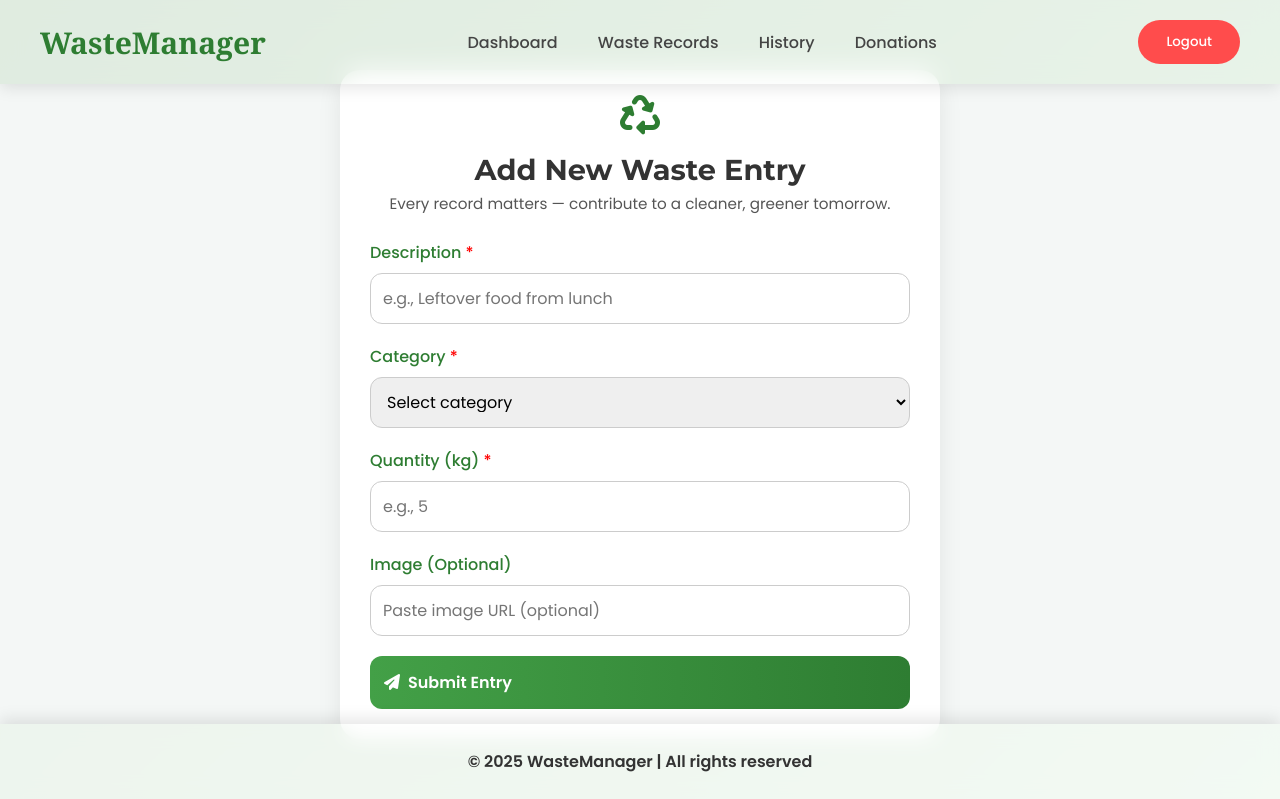
Repository: mahekagrawal25/restaurant-waste-management
Page: frontend/addwaste.html
The author's editor kept a copy of each file at every save. The page is drawn from the files as they stood at one save, then again after the next save.
The browser window is 1280 px wide. The pictures show the whole page.

Above is the page before, as saved 2025-04-06 21:56:59.

### frontend/addwaste.html
<!DOCTYPE html>
<html lang="en">
<head>
  <meta charset="UTF-8" />
  <meta name="viewport" content="width=device-width, initial-scale=1.0"/>
  <title>Add Waste - WasteManager</title>
  <link rel="stylesheet" href="style.css" />
  <script src="script.js" defer></script>
  <link rel="stylesheet" href="https://cdnjs.cloudflare.com/ajax/libs/font-awesome/6.4.0/css/all.min.css" />
  <link href="https://fonts.googleapis.com/css2?family=Poppins:wght@400;500;600&family=Montserrat:wght@700&display=swap" rel="stylesheet">
</head>
<body>

<!-- ✅ Navigation Bar -->
<header class="navbar">
  <div class="nav-container">
    <div class="logo">WasteManager</div>
    <nav>
      <a href="dashboard.html">Dashboard</a>
      <a href="waste-records.html" class="active">Waste Records</a>
      <a href="history.html">History</a>
      <a href="donations.html">Donations</a>
    </nav>
    <button id="logoutBtn" class="btn-logout">Logout</button>
  </div>
</header>

<!-- ✅ Page Wrapper -->
<div class="page-wrapper">

  <!-- ✅ Unified Card -->
  <div class="waste-card">

    <div class="card-header">
      <i class="fas fa-recycle"></i>
      <h1>Add New Waste Entry</h1>
      <p>Every record matters — contribute to a cleaner, greener tomorrow.</p>
    </div>

    <form id="addWasteForm" class="waste-form">

      <div class="form-group">
        <label for="description">Description <span>*</span></label>
        <input type="text" id="description" name="description" required placeholder="e.g., Leftover food from lunch" />
      </div>

      <div class="form-group">
        <label for="category">Category <span>*</span></label>
        <select id="category" name="category" required>
          <option value="">Select category</option>
          <option value="Plastic">Plastic</option>
          <option value="Food">Food</option>
          <option value="Cardboard">Cardboard</option>
          <option value="Glass">Glass</option>
          <option value="Other">Other</option>
        </select>
      </div>

      <div class="form-group">
        <label for="quantity">Quantity (kg) <span>*</span></label>
        <input type="number" id="quantity" name="quantity" min="1" required placeholder="e.g., 5" />
      </div>

      <div class="form-group">
        <label for="image_url">Image (Optional)</label>
        <input type="url" id="image_url" name="image_url" placeholder="Paste image URL (optional)" />
      </div>

      <button type="submit" class="btn-submit">
        <i class="fas fa-paper-plane"></i> Submit Entry
      </button>
    </form>
  </div>
</div>

<!-- ✅ Footer -->
<footer class="footer">
  <p>&copy; 2025 WasteManager | All rights reserved</p>
</footer>

</body>
</html>

### frontend/style.css
/* ✅ General Styles */
* {
  margin: 0;
  padding: 0;
  box-sizing: border-box;
  font-family: 'Poppins', sans-serif;
}

body {
  background: linear-gradient(135deg, #2e7d32, #81c784);
  color: #333;
  min-height: 100vh;
  display: flex;
  flex-direction: column;
}

/* ✅ Navigation Bar */
.navbar {
  background: rgba(255, 255, 255, 0.85);
  backdrop-filter: blur(12px);
  box-shadow: 0 4px 15px rgba(0, 0, 0, 0.1);
  padding: 20px 40px;
  position: sticky;
  top: 0;
  z-index: 1000;
}

.nav-container {
  display: flex;
  justify-content: space-between;
  align-items: center;
  max-width: 1300px;
  margin: 0 auto;
}

.navbar .logo {
  font-size: 30px;
  font-weight: bold;
  color: #2e7d32;
  font-family: 'Georgia', serif;
}

nav a {
  margin: 0 18px;
  text-decoration: none;
  color: #444;
  font-weight: 500;
  transition: color 0.3s, transform 0.3s;
}

nav a:hover {
  color: #2e7d32;
  transform: scale(1.1);
}

.btn-logout {
  background: #ff4c4c;
  color: #fff;
  border: none;
  padding: 12px 28px;
  border-radius: 30px;
  cursor: pointer;
  font-weight: 500;
  transition: background 0.3s, transform 0.3s;
}

.btn-logout:hover {
  background: #e03c3c;
  transform: scale(1.05);
}

/* ✅ Main Content */
.container {
  width: 90%;
  max-width: 1300px;
  margin: 50px auto;
  flex: 1;
}

/* ✅ Welcome Section */
.welcome-section {
  text-align: center;
  margin-bottom: 70px;
}

.welcome-section h1 {
  font-size: 48px;
  color: #fff;
  margin-bottom: 12px;
  font-weight: 700;
  font-family: 'Cambria', serif;
}

.welcome-section p {
  font-size: 20px;
  color: #f0f0f0;
  opacity: 0.9;
}

/* ✅ Quick Actions Grid */
.actions-grid {
  display: grid;
  grid-template-columns: repeat(auto-fit, minmax(280px, 1fr));
  gap: 35px;
  margin-bottom: 70px;
}

.action-card {
  background: rgba(255, 255, 255, 0.85);
  backdrop-filter: blur(12px);
  border-radius: 20px;
  box-shadow: 0 10px 25px rgba(0, 0, 0, 0.1);
  padding: 35px;
  text-align: center;
  transition: transform 0.4s, box-shadow 0.4s;
  cursor: pointer;
}

.action-card:hover {
  transform: translateY(-12px);
  box-shadow: 0 14px 30px rgba(0, 0, 0, 0.2);
}

.action-card i {
  font-size: 52px;
  color: #2e7d32;
  margin-bottom: 25px;
}

.action-card h3 {
  font-size: 26px;
  color: #333;
  margin-bottom: 12px;
  font-weight: 700;
}

.action-card p {
  font-size: 18px;
  color: #555;
  opacity: 0.85;
}

/* ✅ Recent Activities */
.recent-activities {
  background: rgba(255, 255, 255, 0.9);
  padding: 35px;
  border-radius: 20px;
  box-shadow: 0 10px 25px rgba(0, 0, 0, 0.1);
}

.recent-activities h2 {
  font-size: 30px;
  margin-bottom: 25px;
  font-weight: 700;
  color: #333;
}

.activities-container {
  max-height: 350px;
  overflow-y: auto;
  padding: 15px;
}

.activities-container p {
  font-size: 18px;
  color: #555;
  opacity: 0.9;
}

/* ✅ Footer */
.footer {
  background: rgba(255, 255, 255, 0.9);
  backdrop-filter: blur(10px);
  color: #333;
  text-align: center;
  padding: 25px;
  box-shadow: 0 -5px 15px rgba(0, 0, 0, 0.1);
  font-weight: 600;
  font-size: 16px;
}





/* Activities Table Styles */
.activities-table-container {
  overflow-x: auto;
  margin-top: 1rem;
  background: white;
  border-radius: 8px;
  box-shadow: 0 2px 10px rgba(0,0,0,0.1);
  padding: 1rem;
}

#activitiesTable {
  width: 100%;
  border-collapse: collapse;
}

#activitiesTable th, #activitiesTable td {
  padding: 12px 15px;
  text-align: left;
  border-bottom: 1px solid #e0e0e0;
}

#activitiesTable th {
  background-color: #f5f5f5;
  font-weight: 600;
}

#activitiesTable tr:hover {
  background-color: #f9f9f9;
}

.btn-view-all {
  display: block;
  margin: 1rem auto 0;
  padding: 8px 16px;
  background: #4CAF50;
  color: white;
  border: none;
  border-radius: 4px;
  cursor: pointer;
}

.btn-view-all:hover {
  background: #45a049;
}




/* Activities Table Styles */
.activities-table-container {
  overflow-x: auto;
  margin-top: 1rem;
  background: white;
  border-radius: 8px;
  box-shadow: 0 2px 10px rgba(0,0,0,0.1);
  padding: 1rem;
}

#activitiesTable {
  width: 100%;
  border-collapse: collapse;
  font-size: 0.9rem;
}

#activitiesTable th {
  background-color: #f8f9fa;
  padding: 12px 15px;
  text-align: left;
  font-weight: 600;
}

#activitiesTable td {
  padding: 10px 15px;
  border-bottom: 1px solid #e9ecef;
}

.loading, .error {
  text-align: center;
  padding: 20px;
}

.loading {
  color: #6c757d;
}

.error {
  color: #dc3545;
}













.page-header {
  text-align: center;
  margin-top: 40px;
}

.page-header h1 {
  font-family: 'Montserrat', sans-serif;
  font-size: 2rem;
  color: #2e7d32;
}

.page-header p {
  font-size: 1rem;
  color: #555;
  margin-top: 8px;
}

.form-section {
  max-width: 600px;
  margin: 30px auto;
  background: #f9fff9;
  padding: 30px;
  border-radius: 16px;
  box-shadow: 0 6px 18px rgba(0, 0, 0, 0.06);
}

.waste-form .form-group {
  margin-bottom: 20px;
}

.waste-form label {
  display: block;
  font-weight: 500;
  margin-bottom: 8px;
}

.waste-form label span {
  color: red;
}

.waste-form input,
.waste-form select {
  width: 100%;
  padding: 12px 14px;
  font-size: 1rem;
  border: 1px solid #ccc;
  border-radius: 12px;
  outline: none;
  transition: border 0.3s ease;
}

.waste-form input:focus,
.waste-form select:focus {
  border-color: #4caf50;
}

.btn-submit {
  background-color: #4caf50;
  color: #fff;
  padding: 12px 20px;
  border: none;
  border-radius: 12px;
  cursor: pointer;
  font-weight: 600;
  font-size: 1rem;
  transition: background-color 0.3s ease;
  display: flex;
  align-items: center;
  gap: 8px;
}

.btn-submit:hover {
  background-color: #388e3c;
}




/* Hero Section */
.hero-header {
  background: linear-gradient(to right, #43a047, #2e7d32);
  color: white;
  padding: 60px 20px 40px;
  text-align: center;
  border-bottom-left-radius: 40px;
  border-bottom-right-radius: 40px;
  box-shadow: 0 8px 20px rgba(0, 0, 0, 0.1);
}

.hero-content i {
  font-size: 3rem;
  margin-bottom: 10px;
  animation: bounce 1s ease-in-out infinite alternate;
}

.hero-content h1 {
  font-family: 'Montserrat', sans-serif;
  font-size: 2.5rem;
  margin: 0;
}

.hero-content p {
  font-size: 1.1rem;
  margin-top: 10px;
  color: #e0f2f1;
}

/* Animation for Icon */
@keyframes bounce {
  0% { transform: translateY(0); }
  100% { transform: translateY(-5px); }
}


/* Make entire page fit on screen */
.page-wrapper {
  display: flex;
  justify-content: center;
  align-items: center;
  height: calc(100vh - 80px); /* Adjust for header/footer */
  padding: 20px;
  background-color: #f4f7f6;
}

/* Unified Card */
.waste-card {
  background: white;
  border-radius: 20px;
  max-width: 600px;
  width: 100%;
  padding: 30px;
  box-shadow: 0 8px 24px rgba(0, 0, 0, 0.08);
  font-family: 'Poppins', sans-serif;
}

/* Header Inside Card */
.card-header {
  text-align: center;
  margin-bottom: 25px;
}

.card-header i {
  font-size: 2.5rem;
  color: #2e7d32;
  animation: bounce 1s infinite alternate;
}

.card-header h1 {
  margin: 10px 0 5px;
  font-family: 'Montserrat', sans-serif;
  font-size: 1.8rem;
}

.card-header p {
  font-size: 0.95rem;
  color: #555;
}

/* Form Fields */
.waste-form .form-group {
  margin-bottom: 20px;
}

.waste-form label {
  display: block;
  margin-bottom: 8px;
  font-weight: 500;
  color: #2e7d32;
}

.waste-form input,
.waste-form select {
  width: 100%;
  padding: 12px;
  border: 1px solid #ccc;
  border-radius: 12px;
  font-size: 1rem;
  transition: border 0.3s ease;
}

.waste-form input:focus,
.waste-form select:focus {
  border-color: #2e7d32;
  outline: none;
}

/* Submit Button */
.btn-submit {
  width: 100%;
  background: linear-gradient(to right, #43a047, #2e7d32);
  color: white;
  padding: 14px;
  font-size: 1rem;
  border: none;
  border-radius: 12px;
  cursor: pointer;
  transition: background 0.3s ease;
}

.btn-submit:hover {
  background: linear-gradient(to right, #388e3c, #1b5e20);
}

/* Icon Animation */
@keyframes bounce {
  0% { transform: translateY(0); }
  100% { transform: translateY(-5px); }
}

### frontend/script.js
// 🌟 DOMContentLoaded event
document.addEventListener("DOMContentLoaded", () => {
  const token = localStorage.getItem("token");
  const userName = localStorage.getItem("username") || "User";
  const isDashboard = window.location.pathname.includes("dashboard.html");
  const isLogin = window.location.pathname.includes("index.html");

  // ✅ Display username dynamically
  const userNameElement = document.getElementById("userName");
  if (userNameElement) userNameElement.textContent = userName;

  // ✅ Redirect logic based on token
  handleRedirection(token, isDashboard, isLogin);

  // ✅ Load dashboard data if logged in
  if (isDashboard && token) {
    loadDashboardData(token);
  }
});

// 🚀 Reusable redirection handler
function handleRedirection(token, isDashboard, isLogin) {
  if (!token && isDashboard) {
    console.log("No token, redirecting to login...");
    window.location.href = "index.html";
  } else if (token && isLogin) {
    console.log("User already logged in, redirecting to dashboard...");
    window.location.href = "dashboard.html";
  }
}

// 🔥 Load dashboard data with error handling
async function loadDashboardData(token) {
  const activitiesTableBody = document.getElementById("activitiesTableBody");

  if (!activitiesTableBody) {
    console.error("Error: Couldn't find the activities table");
    return;
  }

  try {
    // Show loading state
    activitiesTableBody.innerHTML = `
      <tr>
        <td colspan="5" class="loading">Loading activities...</td>
      </tr>
    `;

    // Fetch combined activities
    const response = await fetch("http://localhost:5000/api/auth/dashboard/activities", {
      method: "GET",
      headers: { Authorization: `Bearer ${token}` }
    });

    if (!response.ok) throw new Error(`HTTP error! status: ${response.status}`);

    const activities = await response.json();

    // Clear loading state
    activitiesTableBody.innerHTML = "";

    // Process and display activities
    if (activities.length === 0) {
      activitiesTableBody.innerHTML = `
        <tr>
          <td colspan="5">No recent activities found</td>
        </tr>
      `;
      return;
    }

    activities.forEach(activity => {
      const row = document.createElement("tr");

      // Common fields
      const date = new Date(activity.created_at).toLocaleDateString();

      // Type-specific rendering
      if (activity.type === 'waste') {
        row.innerHTML = `
          <td>🗑️ Waste</td>
          <td>${activity.description}</td>
          <td>${activity.category}</td>
          <td>${activity.quantity} ${activity.category === 'Food' ? 'kg' : 'units'}</td>
          <td>${date}</td>
        `;
      }
      else if (activity.type === 'donation') {
        row.innerHTML = `
          <td>♻️ Donation</td>
          <td>${activity.description}</td>
          <td>Donor: ${activity.donor_name}</td>
          <td>${activity.quantity} items</td>
          <td>${date}</td>
        `;
      }
      else if (activity.type === 'collection') {
        row.innerHTML = `
          <td>🚛 Collection</td>
          <td>${activity.description}</td>
          <td>${activity.status}</td>
          <td>-</td>
          <td>${new Date(activity.pickup_date).toLocaleDateString()}</td>
        `;
      }

      activitiesTableBody.appendChild(row);
    });

  } catch (error) {
    console.error("Error loading activities:", error);
    activitiesTableBody.innerHTML = `
      <tr>
        <td colspan="5" class="error">Failed to load activities. Please try again.</td>
      </tr>
    `;
  }
}
// 🌟 Login form submission
document.getElementById("loginForm")?.addEventListener("submit", async (event) => {
  event.preventDefault();

  const email = document.getElementById("email").value;
  const password = document.getElementById("password").value;
  const message = document.getElementById("message");

  try {
    const response = await fetch("http://localhost:5000/api/auth/login", {
      method: "POST",
      headers: { "Content-Type": "application/json" },
      body: JSON.stringify({ email, password })
    });

    const data = await response.json();

    if (response.ok) {
      localStorage.setItem("token", data.token);
      localStorage.setItem("username", data.username);

      message.textContent = "Login successful! Redirecting...";
      message.classList.remove("text-red-500");
      message.classList.add("text-green-500");

      setTimeout(() => {
        window.location.href = "dashboard.html";
      }, 1500);
    } else {
      message.textContent = data.message || "Invalid credentials.";
      message.classList.add("text-red-500");
    }
  } catch (error) {
    console.error("Server error:", error);
    message.textContent = "Server error. Please try again later.";
    message.classList.add("text-red-500");
  }
});

// 🚀 Logout handler
document.getElementById("logoutBtn")?.addEventListener("click", logoutUser);

function logoutUser() {
  localStorage.removeItem("token");
  localStorage.removeItem("username");
  window.location.href = "index.html";
}

// ✅ Signup form submission
document.getElementById("signupForm")?.addEventListener("submit", async (event) => {
  event.preventDefault();

  const username = document.getElementById("username").value.trim();
  const email = document.getElementById("email").value.trim();
  const password = document.getElementById("password").value.trim();
  const message = document.getElementById("signupMessage");

  // ✅ Basic validation
  if (!username || !email || !password) {
    message.textContent = "All fields are required.";
    message.classList.add("text-red-500");
    return;
  }

  try {
    const response = await fetch("http://localhost:5000/api/auth/signup", {
      method: "POST",
      headers: { "Content-Type": "application/json" },
      body: JSON.stringify({ username, email, password }),
    });

    const data = await response.json();

    if (response.ok) {
      message.textContent = "Signup successful! Redirecting to login...";
      message.classList.remove("text-red-500");
      message.classList.add("text-green-500");

      setTimeout(() => {
        window.location.href = "index.html";
      }, 1500);
    } else {
      message.textContent = data.message || "Signup failed. Please try again.";
      message.classList.add("text-red-500");
    }
  } catch (error) {
    console.error("Server error:", error);
    message.textContent = "Server error. Please try again later.";
    message.classList.add("text-red-500");
  }
});

After the next save:
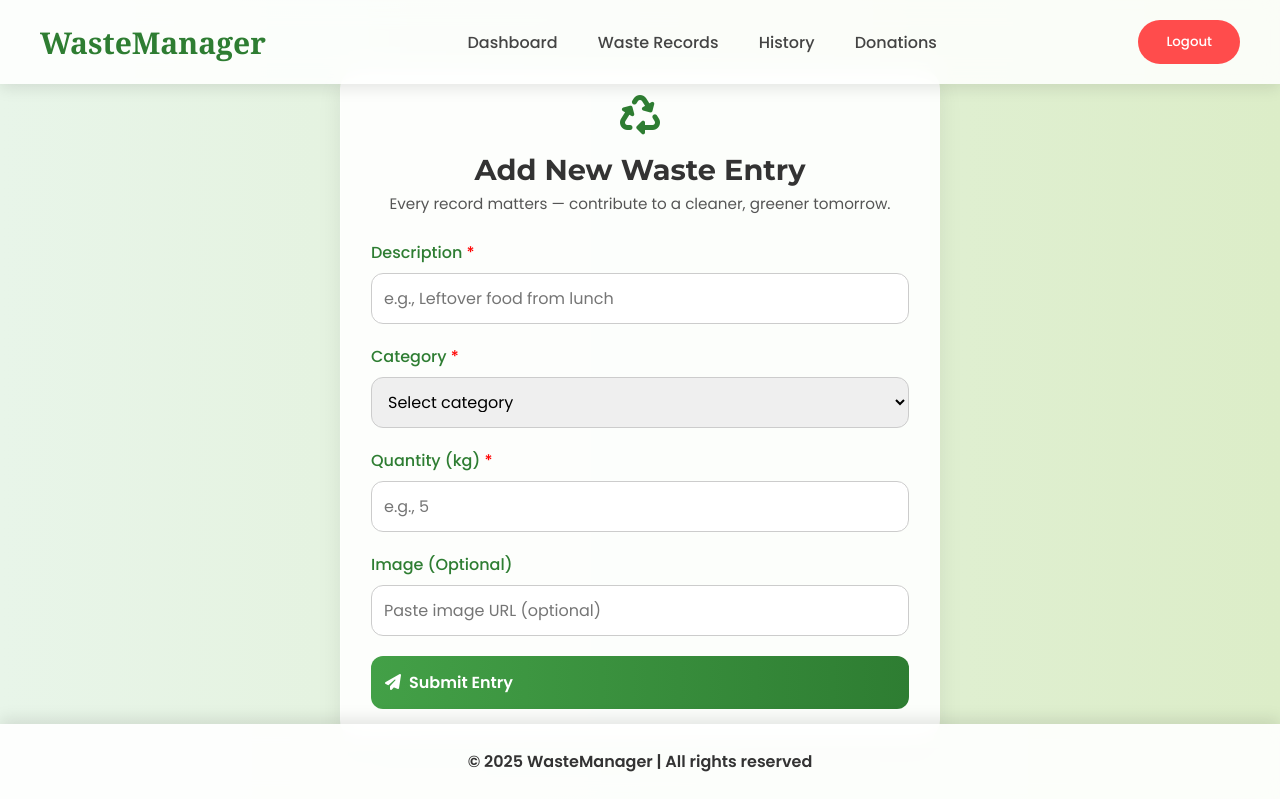
Saved 112 s later.
--- a/frontend/style.css
+++ b/frontend/style.css
@@ -399,25 +399,35 @@
 
 
 /* Make entire page fit on screen */
+/* Page background: soft green gradient */
+body {
+  margin: 0;
+  font-family: 'Poppins', sans-serif;
+  background: linear-gradient(to right, #e8f5e9, #dcedc8); /* light green shades */
+  color: #333;
+}
+
+/* Page Wrapper stays centered */
 .page-wrapper {
   display: flex;
   justify-content: center;
   align-items: center;
   height: calc(100vh - 80px); /* Adjust for header/footer */
   padding: 20px;
-  background-color: #f4f7f6;
-}
-
-/* Unified Card */
+}
+
+/* Stylish Card: slightly frosted look with tint */
 .waste-card {
-  background: white;
+  background: rgba(255, 255, 255, 0.9);
   border-radius: 20px;
   max-width: 600px;
   width: 100%;
   padding: 30px;
   box-shadow: 0 8px 24px rgba(0, 0, 0, 0.08);
-  font-family: 'Poppins', sans-serif;
-}
+  backdrop-filter: blur(10px);
+  border: 1px solid rgba(255, 255, 255, 0.3);
+}
+
 
 /* Header Inside Card */
 .card-header {

After the save that followed:
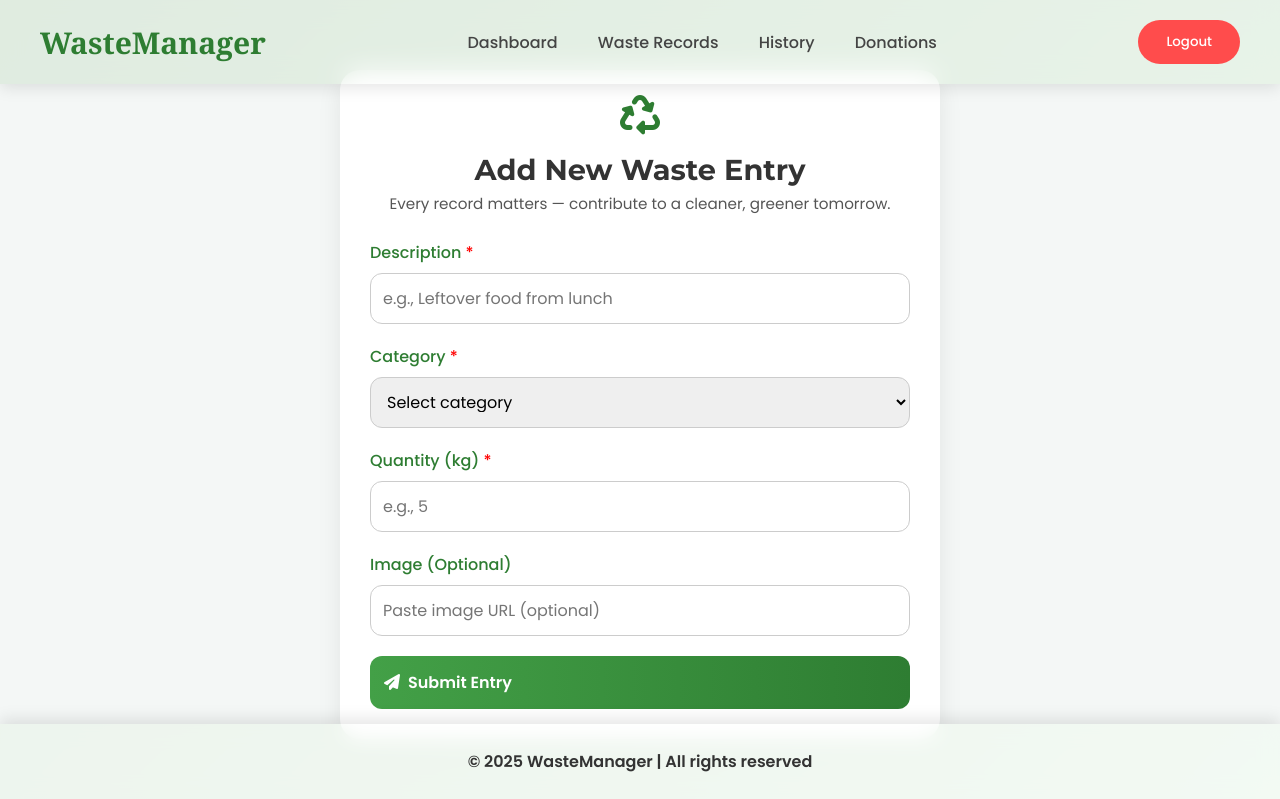
Saved 12 s later.
--- a/frontend/style.css
+++ b/frontend/style.css
@@ -399,35 +399,25 @@
 
 
 /* Make entire page fit on screen */
-/* Page background: soft green gradient */
-body {
-  margin: 0;
-  font-family: 'Poppins', sans-serif;
-  background: linear-gradient(to right, #e8f5e9, #dcedc8); /* light green shades */
-  color: #333;
-}
-
-/* Page Wrapper stays centered */
 .page-wrapper {
   display: flex;
   justify-content: center;
   align-items: center;
   height: calc(100vh - 80px); /* Adjust for header/footer */
   padding: 20px;
-}
-
-/* Stylish Card: slightly frosted look with tint */
+  background-color: #f4f7f6;
+}
+
+/* Unified Card */
 .waste-card {
-  background: rgba(255, 255, 255, 0.9);
+  background: white;
   border-radius: 20px;
   max-width: 600px;
   width: 100%;
   padding: 30px;
   box-shadow: 0 8px 24px rgba(0, 0, 0, 0.08);
-  backdrop-filter: blur(10px);
-  border: 1px solid rgba(255, 255, 255, 0.3);
-}
-
+  font-family: 'Poppins', sans-serif;
+}
 
 /* Header Inside Card */
 .card-header {
